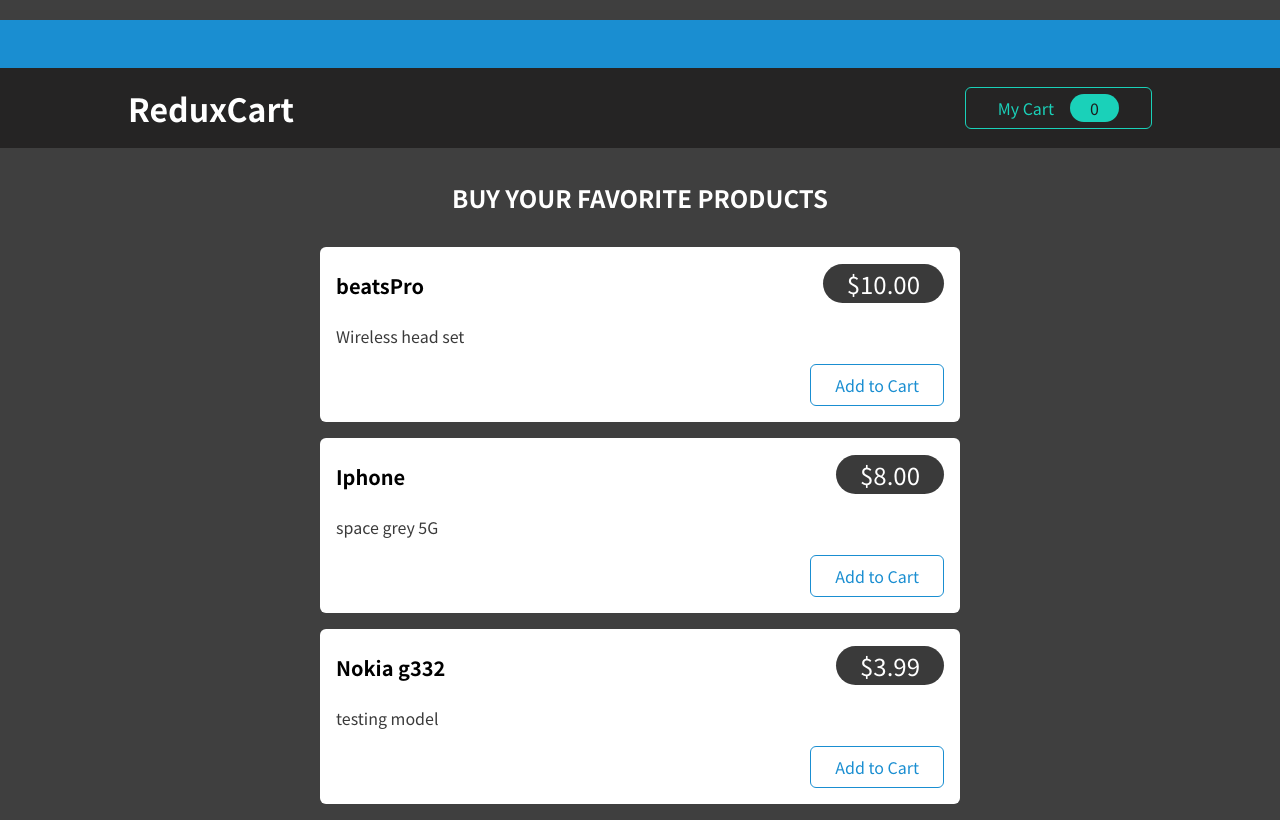
Repository: NamalPathirana/Redux-two-async
Page: /
The author's editor kept a copy of each file at every save. The page is drawn from the files as they stood at one save, then again after the next save.
The browser window is 1280 px wide. The pictures show the whole page.
The page's requests for data from a server got no answer. The project was rebuilt for these pictures with package versions that can differ from the ones it lists, and the page was loaded fresh each time. No one was signed in, and anything a server would have sent is missing. Also part of the build but not shown: src/components/Cart/Cart.module.css, src/components/Cart/CartItem.module.css, src/components/Cart/CartItem.js, src/components/Cart/Cart.js.

Above is the page before, as saved 2022-04-14 23:50:11.

### src/index.js
import ReactDOM from 'react-dom/client';

import './index.css';
import App from './App';
import { Provider } from 'react-redux';
import store from './store/store';



const root = ReactDOM.createRoot(document.getElementById('root'));
root.render(<Provider store={store}><App /></Provider>);

### src/index.css
@import url('https://fonts.googleapis.com/css2?family=Noto+Sans+JP:wght@400;700&display=swap');

* {
  box-sizing: border-box;
}

html {
  font-family: 'Noto Sans JP', sans-serif;
}

body {
  margin: 0%;
  background-color: #3f3f3f;
}

button {
  font: inherit;
  cursor: pointer;
  padding: 0.5rem 1.5rem;
  border-radius: 6px;
  background-color: transparent;
  color: #1a8ed1;
  border: 1px solid #1a8ed1;
}

button:hover,
button:active {
  background-color: #1ac5d1;
  border-color: #1ac5d1;
  color: white;
}

### src/App.js
import Cart from "./components/Cart/Cart";
import Layout from "./components/Layout/Layout";
import Products from "./components/Shop/Products";
import { useSelector } from "react-redux";
import { Fragment, useEffect } from "react";
import Notification from "./components/UI/Notification";

function App() {
  const cart = useSelector((state) => {
    return state.cart;
  });

  const isVisible = useSelector((state) => state.ui.cartIsVisible);

  useEffect(() => {
    fetch(
      "https://react-http-demo-87b25-default-rtdb.firebaseio.com/cart.json",
      {
        method: "PUT",
        body: JSON.stringify(cart),
      }
    );
  }, [cart]);

  return (
    <Fragment>
      <Notification></Notification>
      <Layout>
        {isVisible && <Cart />}
        <Products />
      </Layout>
    </Fragment>
  );
}

export default App;

### src/store/store.js
import { configureStore } from "@reduxjs/toolkit";
import cartSlice from "./cart";
import UISlice from "./ui-slice";

const store = configureStore({
  reducer: {
    cart: cartSlice,
    ui: UISlice,
  },
});

export default store;

### src/components/Shop/Products.js
import ProductItem from "./ProductItem";
import classes from "./Products.module.css";
import { cartActions } from "../../store/cart";
import { useDispatch, useSelector } from "react-redux";

const Products = (props) => {
  const dispatch = useDispatch();

  const cartItems = useSelector((state) => state.cart.items);

  const productList = [
    {
      id: 1,
      name: "beatsPro",
      description: "Wireless head set",
      price: 10,
    },
    {
      id: 2,
      name: "Iphone",
      description: "space grey 5G",
      price: 8,
    },
    {
      id: 3,
      name: "Nokia g332",
      description: "testing model",
      price: 3.99,
    },
  ];

  const onClickHandler = (id) => {

    const clickedItem = productList.filter((item)=>{ return item.id===id});

    dispatch(
      cartActions.addItemToCart({
        item: {
          id: id,
          name:clickedItem[0].name,
          description: clickedItem[0].description,
          quantity: 1,
          price: clickedItem[0].price,
        },
      })
    );
  }

  return (
    <section className={classes.products}>
      <h2>Buy your favorite products</h2>
      <ul>
        {productList.map((item) => {
          return (
            <ProductItem
              title={item.name}
              price={item.price}
              description={item.description}
              id={item.id}
              onClick={onClickHandler}
            />
          );
        })}
      </ul>
    </section>
  );
};

export default Products;

### src/components/UI/Notification.js
import classes from "./Notification.module.css"

const Notification = (props) => {
  let specialClasses = '';

  if(props.status === 'error'){
      specialClasses = classes.error;
  }

  if(props.status === 'success'){
      specialClasses = classes.success;
  }

  const cssClasses = `${classes.notification} ${specialClasses}`;

  return (
    <section className={cssClasses}>
      <h2>{props.title}</h2>
      <p>{props.message}</p>
    </section>
  );
};

export default Notification;

### src/store/cart.js
import { createSlice } from "@reduxjs/toolkit";

// itemsTemplate = {items: [
//     {
//       id: 0,
//       name: "",
//       description: "",
//       quantity: 0,
//       price: 0,
//       totalPrice: 0,
//     },
//   ],}

const initialCartState = {
  items: [],
  totalAmount: 0.0,
  totalItems: 0,
};

const cartSlice = createSlice({
  name: "cart",
  initialState: initialCartState,
  reducers: {
    addItemToCart(state, actions) {
      if (actions.payload.item === null) return;

      const userEnteredItem = actions.payload.item;

      const existingItem = state.items.find(
        (item) => item.id === userEnteredItem.id
      );

      if (existingItem) {
        existingItem.quantity++;
        existingItem.totalPrice = existingItem.quantity * existingItem.price;
      } else {
        state.items.push({
          id: userEnteredItem.id,
          name: userEnteredItem.name,
          description: userEnteredItem.description,
          quantity: userEnteredItem.quantity,
          price: userEnteredItem.price,
          totalPrice: userEnteredItem.price * userEnteredItem.quantity,
        });
      }

      state.totalItems = state.items.reduce((previousValue, currentItem) => {
        return previousValue + currentItem.quantity;
      }, 0);

      state.totalAmount = state.items.reduce((previousValue, currentItem) => {
        return previousValue + currentItem.totalPrice;
      }, 0);
    },
    increaseQuantity(state, actions) {
      const existingItem = state.items.find(
        (item) => item.id === actions.payload.id
      );
      existingItem.quantity++;
      existingItem.totalPrice = existingItem.price * existingItem.quantity;

      state.totalItems = state.items.reduce((previousValue, currentItem) => {
        return previousValue + currentItem.quantity;
      }, 0);
      state.totalAmount = state.items.reduce((previousValue, currentItem) => {
        return previousValue + currentItem.totalPrice;
      }, 0);
    },
    decreaseQuantity(state, actions) {
      const existingItem = state.items.find(
        (item) => item.id === actions.payload.id
      );

      existingItem.quantity--;
      existingItem.totalPrice = existingItem.price * existingItem.quantity;
      state.totalItems = state.items.reduce((previousValue, currentItem) => {
        return previousValue + currentItem.quantity;
      }, 0);
      state.totalAmount = state.items.reduce((previousValue, currentItem) => {
        return previousValue + currentItem.totalPrice;
      }, 0);

      if (existingItem.quantity === 0)
        state.items = state.items.filter((item) => item.id !== existingItem.id);
    },
  },
});

export const cartActions = cartSlice.actions;

export default cartSlice.reducer;

### src/store/ui-slice.js
import { createSlice } from "@reduxjs/toolkit";

const initialUIState = {
    cartIsVisible:false
}

const UISlice = createSlice({
    name:'ui',
    initialState:{initialUIState},
    reducers:{
        toggle(state){
            state.cartIsVisible = !state.cartIsVisible;
        }
    }
});

export const UIActions = UISlice.actions;

export default UISlice.reducer;

### src/components/Shop/ProductItem.js
import Card from "../UI/Card";
import classes from "./ProductItem.module.css";

const ProductItem = (props) => {
  const { title, price, description, id } = props;

  return (
    <li className={classes.item}>
      <Card>
        <header>
          <h3>{title}</h3>
          <div className={classes.price}>${price.toFixed(2)}</div>
        </header>
        <p>{description}</p>
        <div className={classes.actions}>
          <button onClick={props.onClick.bind(null,id)}>Add to Cart</button>
        </div>
      </Card>
    </li>
  );
};

export default ProductItem;

### src/components/UI/Notification.module.css
.notification{
    background-color: #1a8ed1;
    width: 100%;
    height: 3rem;
    margin: 0%;
}

### src/components/Cart/CartButton.js
import classes from "./CartButton.module.css";
import { useSelector, useDispatch } from "react-redux";
import { UIActions } from "../../store/ui-slice";

const CartButton = () => {
  const dispatch = useDispatch();

  const cartItemCount = useSelector((state) => {
    return state.cart.totalItems;
  });

  const cartToggleHandler = () => {
    dispatch(UIActions.toggle());
  };

  return (
    <button className={classes.button} onClick={cartToggleHandler}>
      <span>My Cart</span>
      <span className={classes.badge}>{cartItemCount}</span>
    </button>
  );
};

export default CartButton;

Loaded but not shown: public/index.html (common file); src/components/Layout/Layout.js (common file); src/components/UI/Card.js (common file); src/components/Layout/MainHeader.js (common file); src/components/Shop/Products.module.css (common file); src/components/UI/Card.module.css (common file); src/components/Layout/MainHeader.module.css (common file); src/components/Shop/ProductItem.module.css (common file); src/components/Cart/CartButton.module.css (common file)

After the next save:
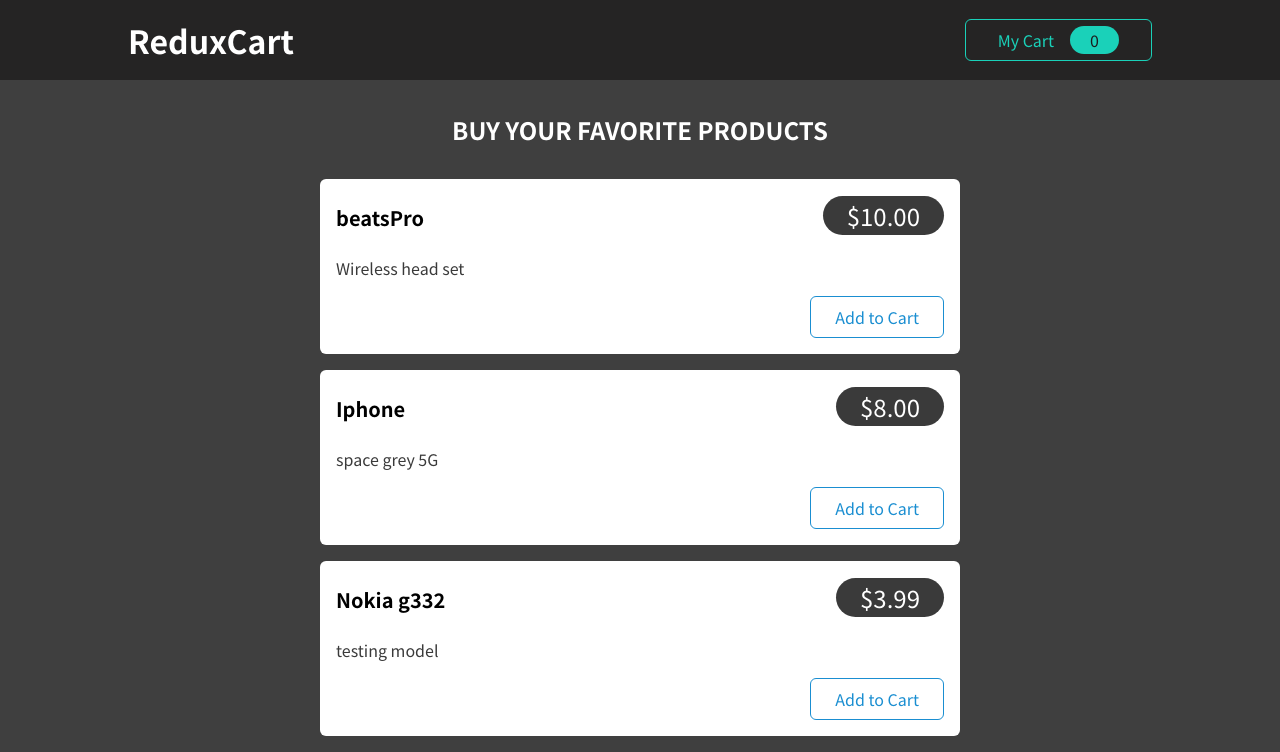
Saved 26 s later.
--- a/src/App.js
+++ b/src/App.js
@@ -24,7 +24,7 @@
 
   return (
     <Fragment>
-      <Notification></Notification>
+
       <Layout>
         {isVisible && <Cart />}
         <Products />

After the save that followed:
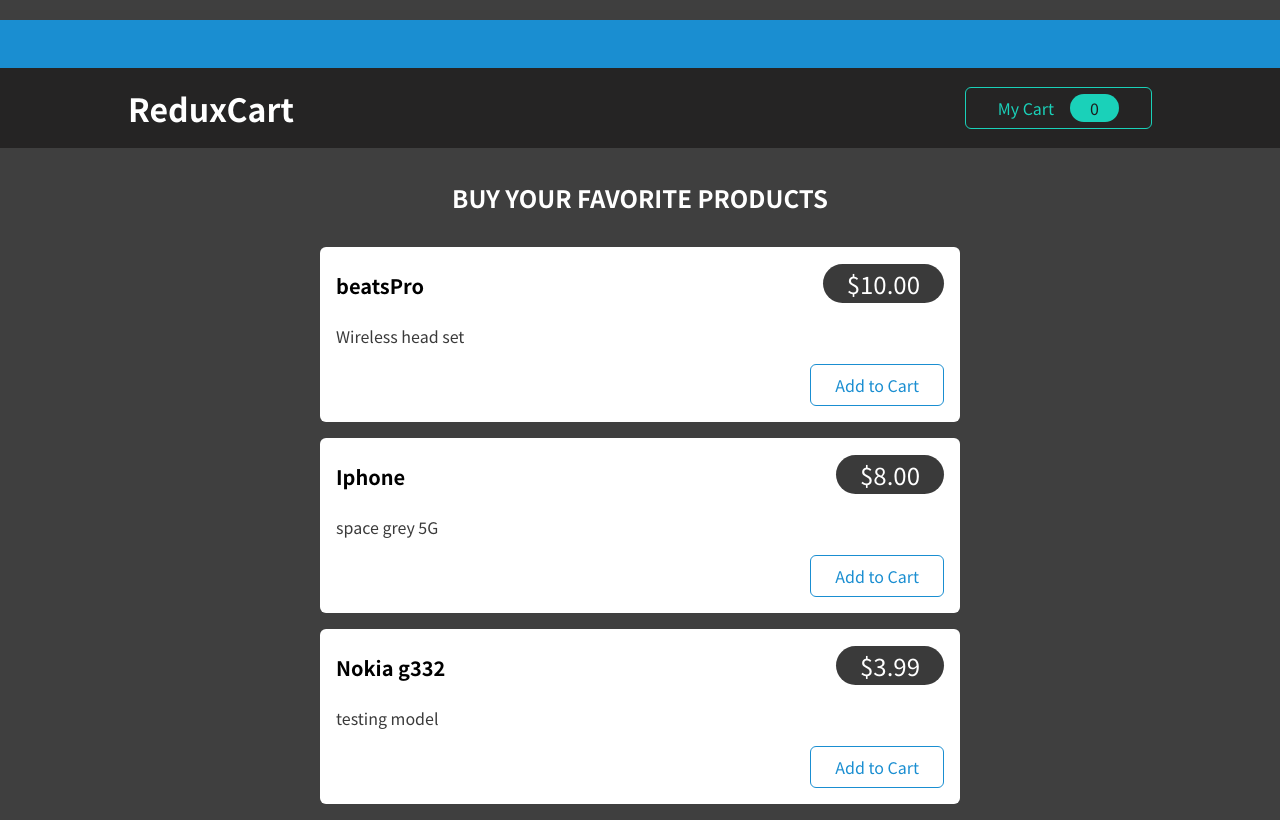
Saved 5 s later.
--- a/src/App.js
+++ b/src/App.js
@@ -24,7 +24,7 @@
 
   return (
     <Fragment>
-
+      <Notification></Notification>
       <Layout>
         {isVisible && <Cart />}
         <Products />
